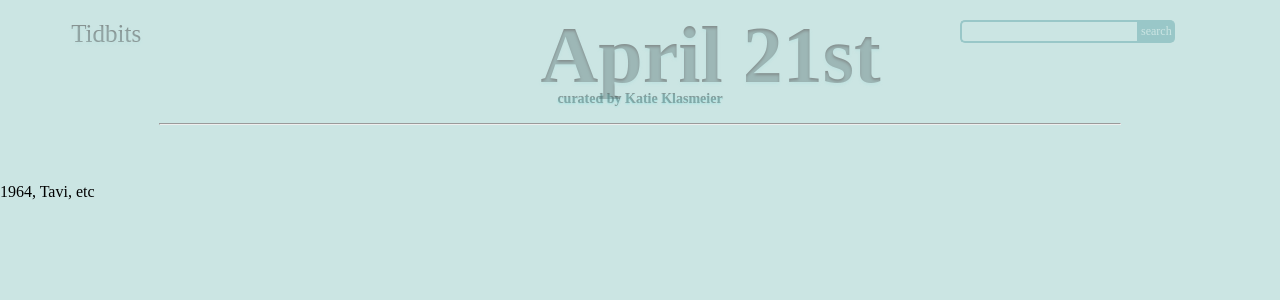
Repository: kklasmei/kklasmei.github.io
Page: tidbits/april21.html
The author's editor kept a record of every edit. The page is drawn from the files as they stood at one moment, then again after the next edit.
The browser window is 1280 px wide. The pictures show the whole page.

Above is the page before.

### tidbits/april21.html
<html>
    <head>
        <title>April 21</title>
        <link rel="stylesheet" href="tidbits.css">
    </head>
    <body>
    <div id="search">
		<form id="searchbody" method="get" action="http://kklasmei.github.io/tidbits/home.html">
		        <input type="text" class="bar" maxlength="70"><input type="submit" value="search" class="button">
		</form>
	<div class="tfclear"></div>
	</div>
    	<p1> Tidbits </p1>
        <h1> April 21st </h1>
        <h2> curated by Katie Klasmeier </h2>
        <hr>
    	<br>
    	<p2>1964, Tavi, etc</p2>



    </body>
</html>

### tidbits/tidbits.css
h1 {
    text-align: center;
    font-size: 80;
    padding-top: 10;
    margin-bottom: -10;
    margin-top: 0;
    font-family: Archer;
    opacity: .6;
    background-color: #565656;
    color: transparent;
    text-shadow: 0px 2px 3px rgba(167,219,219,.5);
  -webkit-background-clip: text;
     -moz-background-clip: text;
          background-clip: text;
}

h2 {
    text-align: center;
    font-size: 14;
    font-family: Archer;
    opacity: .6;
    background-color: #565656;
    padding-bottom: 8;
    padding-top: -40;
    margin: 0;
    color: transparent;
    text-shadow: 0px 1px 2px rgba(68,219,219,.5);
  -webkit-background-clip: text;
     -moz-background-clip: text;
          background-clip: text;
}

body {
    background: #cbe5e3;
    margin: 0;
    padding: 0;
}

hr {
    margin-bottom: 40;
    width: 75%;
    color: #44dbdb;
    display: block;
    height: 0;
}

.submit {
    text-align: center;
}

.month, .day {
    display: inline;
}

.date {
    text-align: center;
}

#searchbody {
	float: right;
	padding-left: 75%;
	padding-top: 20px;
	margin-right: 20px;
	position: absolute;

}

.bar {
		margin: 0;
		padding: 2px 10px;
		font-family: Archer;
		font-size: 12px;
		border: 2px solid #99c7c8; border-right: 0px;
		border-top-left-radius: 5px 5px;
		border-bottom-left-radius: 5px 5px;
		background-color: transparent;
}

.bar:focus {
    outline: none;
}

.button {
		margin: 0;
		padding: 3px 3px;
		font-family: Archer;
		font-size: 12px;
		cursor: pointer;
		text-align: center;
		outline: none;
		color: #cbe5e3;
		border: solid 1px #99c7c8; border-right:0px;
		background: #99c7c8;
		background: -webkit-gradient(linear, left top, left bottom, from(#99c7c8), to(#99c7c8));
		background: -moz-linear-gradient(top,  #99c7c8,  #99c7c8);
		border-top-right-radius: 5px 5px;
		border-bottom-right-radius: 5px 5px;
	}
	.tfbutton:hover {
		text-decoration: none;
		background: #99c7c8;
		background: -webkit-gradient(linear, left top, left bottom, from(#99c7c8), to(#99c7c8));
		background: -moz-linear-gradient(top,  #99c7c8,  #99c7c8);
	}
	/* Fixes submit button height problem in Firefox */
	.tfbutton::-moz-focus-inner {
	  border: 0;
	}
	.tfclear{
		clear:both;
	}

p1 {
    font-family: Archer-Bold;
    float: left;
    font-size: 25;
    padding-top: 20px;
    margin-left: 20px;
    padding-left: 4%;
    opacity: .6;
    background-color: #565656;
    color: transparent;
    text-shadow: 0px 2px 3px rgba(167,219,219,.5);
  -webkit-background-clip: text;
     -moz-background-clip: text;
          background-clip: text;
}

p1, #searchbody {
    display: inline;
}

After the next edit:
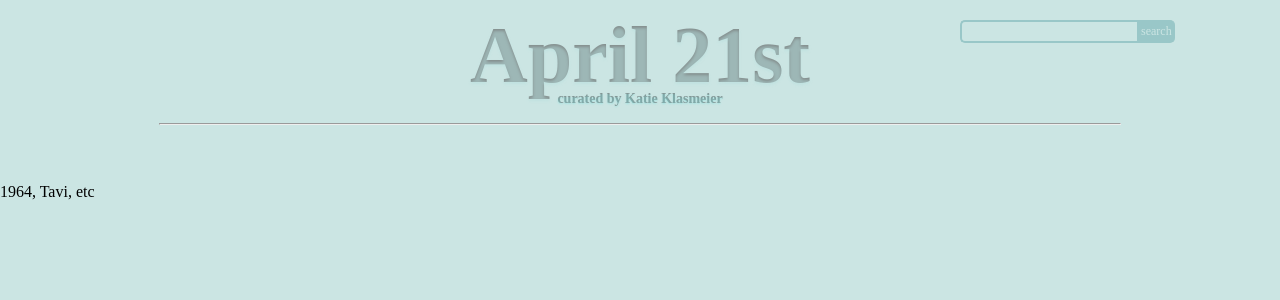
The edit:
--- a/tidbits/april21.html
+++ b/tidbits/april21.html
@@ -10,7 +10,6 @@
 		</form>
 	<div class="tfclear"></div>
 	</div>
-    	<p1> Tidbits </p1>
         <h1> April 21st </h1>
         <h2> curated by Katie Klasmeier </h2>
         <hr>
